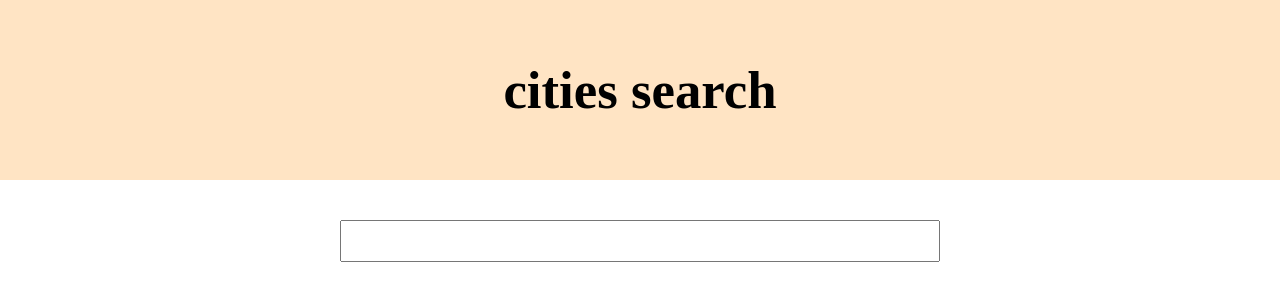
Repository: idubi/sailpoint
Page: / (app in spAutoComplete-front/)
These files come from the project's save history. The page is drawn as it stood at one moment and after the next save; the edit follows.
The browser window is 1280 px wide. The pictures show the whole page.
The project was rebuilt for these pictures with package versions that can differ from the ones it lists, and the page was loaded fresh each time. Also part of the build but not shown: spAutoComplete-front/angular.json.

Above is the page before, as saved 2022-12-31 16:03:05.

After the next save:
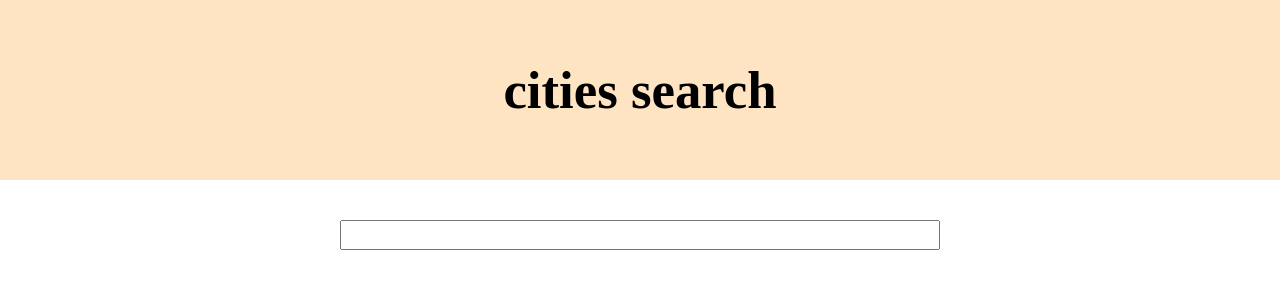
Saved 15 s later.
--- a/spAutoComplete-front/src/styles.css
+++ b/spAutoComplete-front/src/styles.css
@@ -14,5 +14,5 @@
 select,
 textarea {
   font-family: inherit;
-  font-size: 100%;
+  font-size: 30%;
 }

After the save that followed:
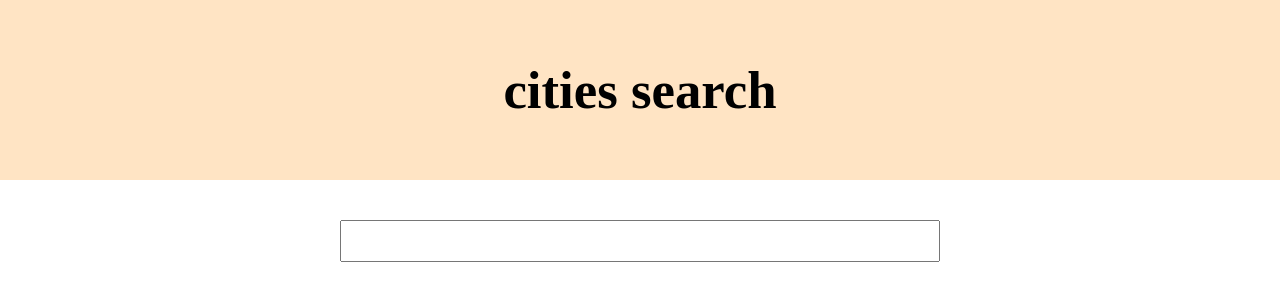
Saved 5 s later.
--- a/spAutoComplete-front/src/styles.css
+++ b/spAutoComplete-front/src/styles.css
@@ -14,5 +14,5 @@
 select,
 textarea {
   font-family: inherit;
-  font-size: 30%;
+  font-size: 100%;
 }
